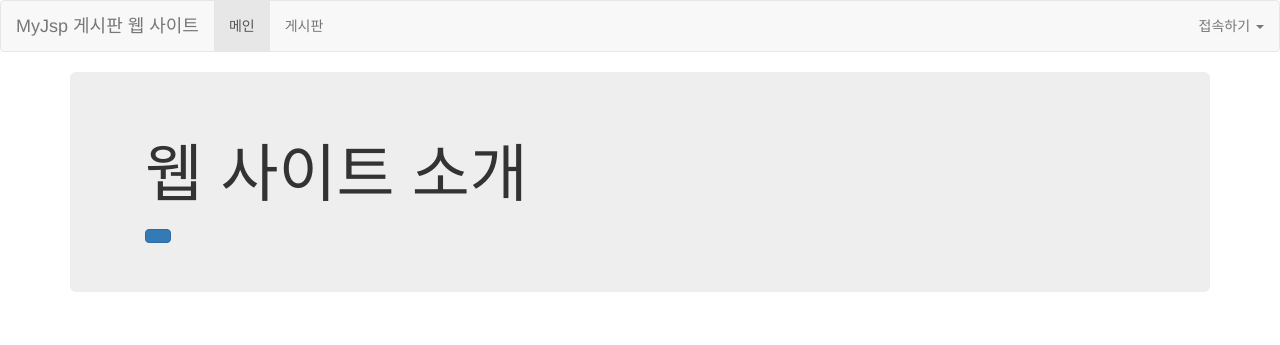
Repository: Ji3un/JspBoard
Page: http://localhost/BBS/main.jsp
An editor plug-in stored every save of this project. The page is shown before and after the next save, followed by the edit.
The browser window is 1280 px wide. The pictures show the whole page.
Some web libraries are served in a nearby version. The page is served by Tomcat 9. Other server files are loaded and not shown.

Above is the page before, as saved 2017-10-03 16:09:05.

### BBS/WebContent/main.jsp
<%@ page language="java" contentType="text/html; charset=UTF-8"
	pageEncoding="UTF-8"%>
<%@ page import="java.io.PrintWriter"%>
<!DOCTYPE html>
<html>
<head>
<meta name="viewport" content="width=device-width" , initial-scale="1">
<meta http-equiv="Content-Type" content="text/html; charset=UTF-8">
<link rel="stylesheet" href="css/bootstrap.css">
<title>Welcome</title>
</head>
<body>
	<%
		String userID = null;
		if (session.getAttribute("userID") != null) {
			userID = (String) session.getAttribute("userID");
		}
	%>
	<nav class="navbar navbar-default">
		<div class="navbar-header">
			<button type="button" class="navbar-toggle collapsed"
				data-toggle="collapse" data-target="#bs-example-navbar-collapse-1"
				aria-expanded="false">
				<span class="icon-bar"></span> <span class="icon-bar"></span> <span
					class="icon-bar"></span>
			</button>
			<a class="navbar-brand" href="main.jsp">MyJsp 게시판 웹 사이트</a>
		</div>
		<div class="collapse navbar-collapse"
			id="#bs-example-navbar-collapse-1">
			<ul class="nav navbar-nav">
				<li class="active"><a href="main.jsp">메인</a></li>
				<li><a href="bbs.jsp">게시판</a></li>
			</ul>
			<%
				if (userID == null) {
			%>
			<ul class="nav navbar-nav navbar-right">
				<li class="dropdown"><a class="dropdown-toggle"
					data-toggle="dropdown" role="button" href="#" aria-haspopup="true"
					aria-expanded="false"> 접속하기 <span class="caret"></span>
				</a>
					<ul class="dropdown-menu">
						<li><a href="login.jsp">로그인</a></li>
						<li><a href="join.jsp">회원가입</a></li>
					</ul></li>
			</ul>
			<%
				} else {
			%>
			<ul class="nav navbar-nav navbar-right">
				<li class="dropdown"><a class="dropdown-toggle"
					data-toggle="dropdown" role="button" href="#" aria-haspopup="true"
					aria-expanded="false"> 회원관리<span class="caret"></span>
				</a>
					<ul class="dropdown-menu">
						<li><a href="logoutAction.jsp">로그아웃</a></li>
					</ul></li>
			</ul>
			<%
				}
			%>
		</div>
	</nav>
	<div class="container">
		<div class="jumbotron">
			<div class="container">
				<h1>웹 사이트 소개</h1>
				<p></p>
				<a class="btn btn-primary btn-pull" href="m.3uneee.com" target="_blank" role="button"></a>
			</div>
		</div>
	</div>
	<script src="https://code.jquery.com/jquery-3.2.1.min.js"></script>
	<script src="js/bootstrap.js"></script>
</body>
</html>

Loaded but not shown: BBS/WebContent/css/bootstrap.css (library); BBS/WebContent/js/bootstrap.js (library)

After the next save:
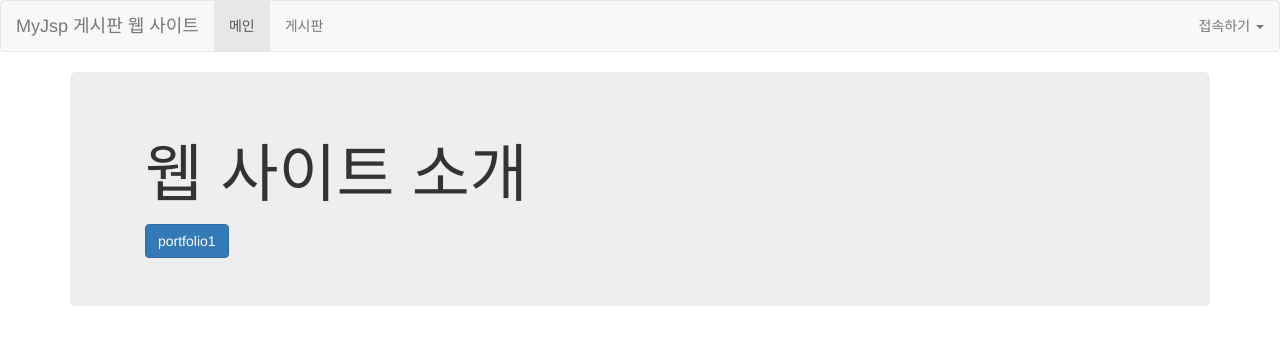
Saved 25 s later.
--- a/BBS/WebContent/main.jsp
+++ b/BBS/WebContent/main.jsp
@@ -67,7 +67,7 @@
 			<div class="container">
 				<h1>웹 사이트 소개</h1>
 				<p></p>
-				<a class="btn btn-primary btn-pull" href="m.3uneee.com" target="_blank" role="button"></a>
+				<a class="btn btn-primary btn-pull" href="m.3uneee.com" target="_blank" role="button">portfolio1</a>
 			</div>
 		</div>
 	</div>
